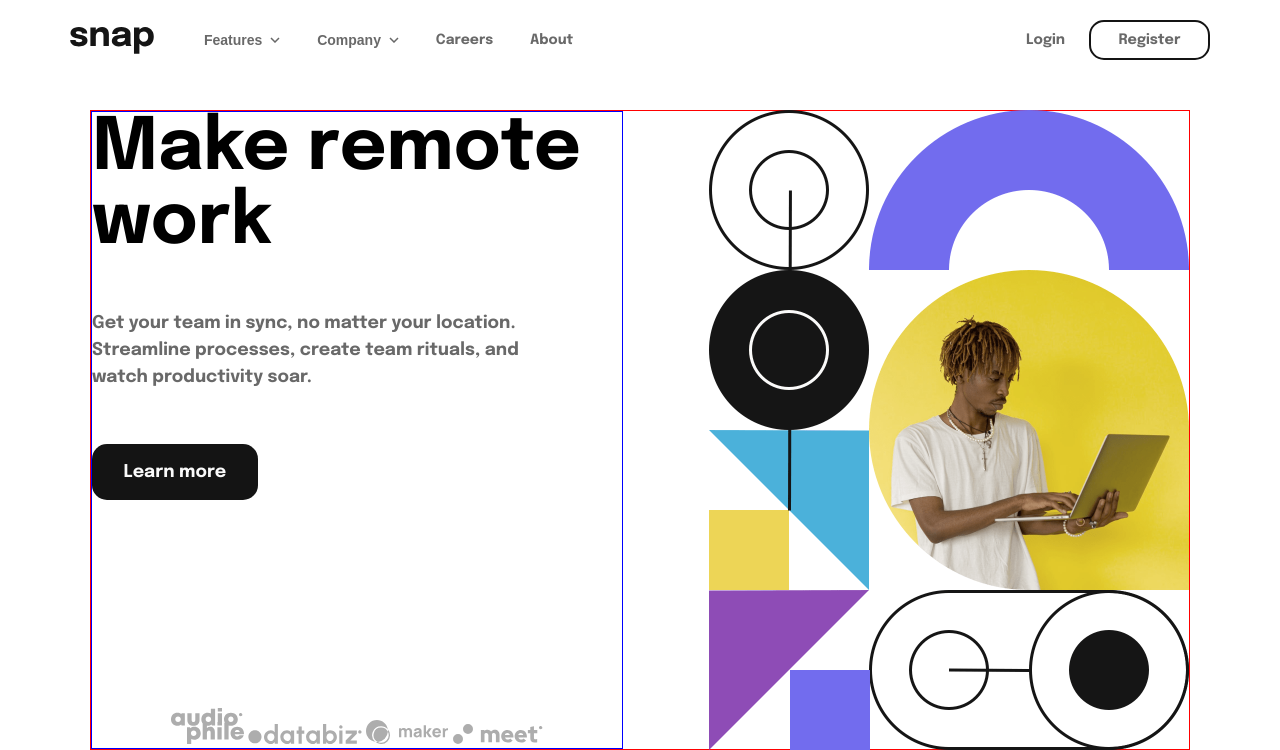
Repository: KamoliddinGIT/intro-section-with-dropdown
Page: index.html
The author's editor kept a copy of each file at every save. The page is drawn from the files as they stood at one save, then again after the next save.
The browser window is 1280 px wide. The pictures show the whole page.

Above is the page before, as saved 2023-09-24 17:58:24.

### index.html
<!DOCTYPE html>
<html lang="en">
  <head>
    <meta charset="UTF-8" />
    <meta name="viewport" content="width=device-width, initial-scale=1.0" />
    <link
      rel="icon"
      type="image/png"
      sizes="32x32"
      href="./images/favicon-32x32.png"
    />
    <link
      href="https://fonts.googleapis.com/css2?family=Epilogue:wght@500;700&display=swap"
      rel="stylesheet"
    />
    <link rel="stylesheet" href="./css/style.css" />
    <title>Intro section with dropdown navigation</title>
  </head>
  <body>
    <div class="container">
      <div class="header">
        <img src="./images/logo.svg" alt="logo" class="logo" />
        <div class="nav-items">
          <ul class="nav">
            <li>
              <button class="features">
                Features
                <img
                  src="./images/icon-arrow-down.svg"
                  alt="arrow"
                  class="arrow-1"
                />
              </button>
              <ul class="toggle__1" style="display: none">
                <li>
                  <img src="./images/icon-todo.svg" alt="icon" /> Todo List
                </li>
                <li>
                  <img src="./images/icon-calendar.svg" alt="icon" /> Calendar
                </li>
                <li>
                  <img src="./images/icon-reminders.svg" alt="icon" /> Reminders
                </li>
                <li>
                  <img src="./images/icon-planning.svg" alt="icon" /> Planning
                </li>
              </ul>
            </li>
            <li>
              <button class="company">
                Company
                <img
                  src="./images/icon-arrow-down.svg"
                  alt="arrow"
                  class="arrow-2"
                />
              </button>
              <ul class="toggle__2" style="display: none">
                <li>History</li>
                <li>Our Team</li>
                <li>Blog</li>
              </ul>
            </li>
            <li>Careers</li>
            <li>About</li>
          </ul>
          <div class="sign__options">
            <a href="#" class="login">Login</a>
            <a href="#" class="register">Register</a>
          </div>
        </div>
        <div class="hamburgers" onclick="burger()">
          <div class="burger__1" id="b1"></div>
          <div class="burger__1" id="b2"></div>
          <div class="burger__1" id="b3"></div>
        </div>
        <nav class="nav-menu">
          <ul id="nav">
            <li>
              <button class="features" id="features">
                Features
                <img
                  src="./images/icon-arrow-down.svg"
                  alt="arrow"
                  class="arrow-1"
                  id="arrow-1"
                />
              </button>
              <ul class="toggle__1" id="toggle__1" style="display: none">
                <li>
                  <img src="./images/icon-todo.svg" alt="icon" /> Todo List
                </li>
                <li>
                  <img src="./images/icon-calendar.svg" alt="icon" /> Calendar
                </li>
                <li>
                  <img src="./images/icon-reminders.svg" alt="icon" /> Reminders
                </li>
                <li>
                  <img src="./images/icon-planning.svg" alt="icon" /> Planning
                </li>
              </ul>
            </li>
            <li>
              <button class="company" id="company">
                Company
                <img
                  src="./images/icon-arrow-down.svg"
                  alt="arrow"
                  class="arrow-2"
                  id="arrow-2"
                />
              </button>
              <ul class="toggle__2" id="toggle__2" style="display: none">
                <li>History</li>
                <li>Our Team</li>
                <li>Blog</li>
              </ul>
            </li>
            <li>Careers</li>
            <li>About</li>
          </ul>
          <div id="sign__options">
            <a href="#" class="login">Login</a>
            <a href="#" class="register">Register</a>
          </div>
        </nav>
      </div>
      <section class="main">
        <div class="main-info">
          <div class="main__text">
            <h1>Make remote work</h1>
            <p>
              Get your team in sync, no matter your location. Streamline
              processes, create team rituals, and watch productivity soar.
            </p>
            <a href="#">Learn more</a>
          </div>
          <div class="main__imgs">
            <img src="./images/client-audiophile.svg" alt="audiophile" />
            <img src="./images/client-databiz.svg" alt="client" />
            <img src="./images/client-maker.svg" alt="maker" />
            <img src="./images/client-meet.svg" alt="meet" />
          </div>
        </div>
        <img
          src="./images/image-hero-desktop.png"
          alt="hero-desktop"
          class="main-img"
        />
      </section>
    </div>

    <script src="./js/index.js"></script>
    <script src="./js/main.js"></script>
  </body>
</html>

### css/style.css
* {
  margin: 0;
  padding: 0;
  box-sizing: border-box;
}

body {
  width: 100%;
  height: 100vh;
  display: flex;
  justify-content: center;
  align-items: center;
  padding: 0 50px;
  font-family: "Epilogue", sans-serif;
}

.container {
  display: flex;
  flex-direction: column;
  align-items: center;
  width: 100%;
  height: 100%;
  gap: 30px;
}

.header {
  position: relative;
  width: 100%;
  padding: 20px;
  display: flex;
  align-items: center;
  gap: 50px;
  font-size: 1.6rem;
  color: #696969;
}

.nav {
  display: flex;
  width: 377px;
  height: 21px;
  align-items: center;
  gap: 2.3rem;
  list-style-type: none;
}

#nav {
  display: flex;
  align-items: start;
  flex-direction: column;
  margin-top: 48px;
  width: 100%;
  height: 132px;
  gap: 1rem;
  list-style-type: none;
}

.features,
.company {
  display: flex;
  flex-direction: row;
  gap: 0.5rem;
  font-weight: 700;
  color: hsl(0, 0%, 41%);
  text-decoration: none;
  align-items: center;
  font-size: 14px;
  transition: all ease-in-out 0.3s;
  cursor: pointer;
  background-color: transparent;
  border: none;
}

.toggle__1 {
  position: absolute;
  top: 4rem;
  width: 133px;
  height: 148px;
  display: flex;
  flex-direction: column;
  align-items: start;
  gap: 1rem;
  border-radius: 10px;
  background-color: #fff;
  padding: 1rem;
  box-shadow: -2px 10px 24px -11px rgba(0, 0, 0, 0.62);
  -webkit-box-shadow: -2px 10px 24px -11px rgba(0, 0, 0, 0.62);
  -moz-box-shadow: -2px 10px 24px -11px rgba(0, 0, 0, 0.62);
  z-index: 1;
}

.toggle__1 li {
  display: flex;
  gap: 1rem;
  align-items: center;
}

#features,
#company {
  display: flex;
  flex-direction: row;
  gap: 0.5rem;
  font-weight: 700;
  color: hsl(0, 0%, 41%);
  text-decoration: none;
  align-items: center;
  font-size: 14px;
  transition: all ease-in-out 0.3s;
  cursor: pointer;
  background-color: transparent;
  border: none;
}

#toggle__1 {
  position: absolute;
  top: 5.5rem;
  width: 133px;
  height: 148px;
  display: flex;
  flex-direction: column;
  align-items: start;
  gap: 1rem;
  border-radius: 10px;
  background-color: #fff;
  padding: 1rem;
  box-shadow: -2px 10px 24px -11px rgba(0, 0, 0, 0.62);
  -webkit-box-shadow: -2px 10px 24px -11px rgba(0, 0, 0, 0.62);
  -moz-box-shadow: -2px 10px 24px -11px rgba(0, 0, 0, 0.62);
  z-index: 1;
}

#toggle__1 li {
  display: flex;
  gap: 1rem;
  align-items: center;
}

li {
  display: flex;
  flex-direction: row;
  gap: 0.5rem;
  font-weight: 700;
  color: hsl(0, 0%, 41%);
  text-decoration: none;
  align-items: center;
  font-size: 14px;
  transition: all ease-in-out 0.3s;
  cursor: pointer;
  background-color: transparent;
  border: none;
}

.nav-items {
  width: 1210px;
  height: 40px;
  display: flex;
  align-items: center;
  justify-content: space-between;
}

.sign__options {
  width: 184px;
  height: 40px;
  display: flex;
  justify-content: space-between;
  align-items: center;
}

.login {
  background-color: transparent;
  border: none;
  color: hsl(0, 0%, 41%);
  font-size: 0.9rem;
  font-weight: 700;
  cursor: pointer;
  transition: all ease-in-out 0.3s;
  text-decoration: none;
}

.login:hover {
  color: black;
}

.register {
  display: flex;
  justify-content: center;
  align-items: center;
  width: 121px;
  height: 40px;
  border: 2px solid hsl(0, 0%, 8%);
  transition: all ease-in-out 0.3s;
  background-color: transparent;
  color: hsl(0, 0%, 41%);
  text-decoration: none;
  padding: 0.5rem 1.35rem;
  border-radius: 15px;
  font-size: 0.9rem;
  font-weight: 700;
  cursor: pointer;
}

.register:hover {
  border-color: hsl(0, 0%, 41%);
  color: hsl(0, 0%, 41%);
}

.features:hover {
  color: black;
}

.company:hover {
  color: black;
}

.toggle__1 li:hover {
  cursor: pointer;
  color: black;
}

.toggle__2 li:hover {
  cursor: pointer;
  color: black;
}

ul li:hover {
  color: black;
}

.toggle__2 {
  width: 100px;
  height: 121px;
  display: flex;
  flex-direction: column;
  justify-content: center;
  align-items: start;
  gap: 1rem;
  border-radius: 10px;
  position: absolute;
  background-color: white;
  padding: 1rem;
  top: 4rem;
  box-shadow: -2px 10px 24px -11px rgba(0, 0, 0, 0.62);
  -webkit-box-shadow: -2px 10px 24px -11px rgba(0, 0, 0, 0.62);
  -moz-box-shadow: -2px 10px 24px -11px rgba(0, 0, 0, 0.62);
  z-index: 1;
}

#toggle__2 {
  width: 100px;
  height: 121px;
  display: flex;
  flex-direction: column;
  justify-content: center;
  align-items: start;
  gap: 1rem;
  border-radius: 10px;
  position: absolute;
  background-color: white;
  padding: 1rem;
  top: 7rem;
  box-shadow: -2px 10px 24px -11px rgba(0, 0, 0, 0.62);
  -webkit-box-shadow: -2px 10px 24px -11px rgba(0, 0, 0, 0.62);
  -moz-box-shadow: -2px 10px 24px -11px rgba(0, 0, 0, 0.62);
  z-index: 1;
}

.hamburgers {
  position: absolute;
  top: -25px;
  right: -5px;
  display: none;
  flex-direction: column;
  justify-content: center;
  align-items: center;
  width: 50px;
  height: 50px;
  margin-right: 50px;
  margin-top: 29px;
  z-index: 9999;
}
.hamburgers:hover {
  cursor: pointer;
}
.burger__1:nth-child(1) {
  width: 40px;
  height: 4px;
  border: 1px solid #000;
  border-radius: 20px;
  margin-top: 5px;
  background-color: #000;
}
.burger__1:nth-child(3) {
  width: 40px;
  height: 4px;
  border: 1px solid #000;
  border-radius: 20px;
  margin-top: 5px;
  background-color: #000;
}

#b2 {
  width: 40px;
  height: 4px;
  border: 1px solid #000;
  border-radius: 20px;
  margin-top: 5px;
  background-color: #000;
}

.nav-menu {
  display: none;
  flex-direction: column;
  align-items: start;
  justify-content: start;
  max-width: 633px;
  width: 100%;
  height: 598px;
  position: fixed;
  padding: 1rem;
  background-color: white;
  height: 100%;
  right: 0;
  top: 0;
  gap: 2rem;
}

.sign__options {
  width: 184px;
  height: 78px;
  display: flex;
  justify-content: space-between;
  text-align: center;
  align-items: center;
}

#sign__options {
  width: 161px;
  height: 78px;
  margin: 0 auto;
  display: flex;
  flex-direction: column;
  justify-content: space-around;
  text-align: center;
  align-items: center;
}

/* -------------------main-starts----------------- */

.main {
  width: 1100px;
  height: 640px;
  border: 1px solid red;
  display: flex;
  align-items: center;
  justify-content: space-between;
}

.main-info {
  display: flex;
  flex-direction: column;
  align-items: center;
  justify-content: space-between;
  width: 532px;
  height: 100%;
  border: 1px solid blue;
}

.main__text {
  width: 100%;
  height: 400px;
  display: flex;
  flex-direction: column;
  align-items: start;
  gap: 3.1rem;
}

.main-img {
  width: 480px;
  height: 640px;
}

.main__text p {
  color: hsl(0, 0%, 41%);
  font-size: 1.1rem;
  font-weight: 700;
  line-height: 1.7rem;
  width: 90%;
}

.main__text a {
  display: flex;
  justify-content: center;
  align-items: center;
  border-radius: 15px;
  border: 1px solid transparent;
  background-color: hsl(0, 0%, 8%);
  padding: 0.9rem 1.9rem;
  color: rgba(250, 250, 250, 255);
  text-decoration: none;
  font-size: 1.1rem;
  font-weight: 600;
  margin-top: 3.5px;
  transition: all ease-in-out 0.3s;
  height: 56px;
}

.main__text h1 {
  font-size: 72px;
  font-weight: bold;
}

/* -------------------main-ends------------------- */

/* ------------media-starts-------------- */

@media only screen and (max-width: 1100px) {
  .nav-items {
    display: none;
  }
  .hamburgers {
    display: flex;
  }
}

@media only screen and (min-width: 1100px) {
  .nav-menu {
    display: none;
  }
}

/* --------------media-ends------------ */

### js/index.js
"use strict";

let features = document.querySelector(".features"),
  arrow1 = document.querySelector(".arrow-1"),
  toggle1 = document.querySelector(".toggle__1");

let onOff = false;

features.addEventListener("click", () => {
  if (onOff === false) {
    arrow1.src = "../images/icon-arrow-up.svg";
    toggle1.style.cssText = "display: flex";
    toggle2.style.cssText = "display: none";
    onOff = true;
  } else {
    arrow1.src = "../images/icon-arrow-down.svg";
    toggle1.style.cssText = "display: none";
    onOff = false;
  }
});

let company = document.querySelector(".company"),
  arrow2 = document.querySelector(".arrow-2"),
  toggle2 = document.querySelector(".toggle__2");

let onOff2 = false;

company.addEventListener("click", () => {
  if (onOff2 === false) {
    arrow2.src = "../images/icon-arrow-up.svg";
    toggle2.style.cssText = "display: flex";
    toggle1.style.cssText = "display: none";

    onOff2 = true;
  } else {
    arrow2.src = "../images/icon-arrow-down.svg";
    toggle2.style.cssText = "display: none";
    onOff2 = false;
  }
});

// hamburger //
let nav_menu = document.querySelector(".nav-menu");
let over1 = document.querySelector("#over1");
let over2 = document.querySelector("#over2");
let over3 = document.querySelector("#over3");
let over4 = document.querySelector("#over4");

let a1 = document.querySelector(".a1");
let a2 = document.querySelector(".a2");
let a3 = document.querySelector(".a3");
let a4 = document.querySelector(".a4");
let b1 = document.querySelector("#b1");
let b2 = document.querySelector("#b2");
let b3 = document.querySelector("#b3");
let body = document.body;

let Click = true;
function burger() {
  if (Click) {
    nav_menu.style.cssText = "display: flex;";
    body.style.cssText =
      "background-color: rgba(6, 6, 6, 0.15);  backdrop-filter: blur(3px);";
    b1.style.cssText =
      " transform: rotate(45deg); width: 40px;  position: absolute;";
    b3.style.cssText =
      " transform: rotate(-45deg); width: 40px;  position: absolute;";
    b2.style.cssText =
      "margin-right: border-color: white; background-color: white; border: none;";
    Click = false;
  } else {
    nav_menu.style.cssText = "display: none;";
    body.style.cssText = "background-color: white;  backdrop-filter: blur(0);";
    b1.style.cssText = " transform: rotate(0deg); width: 40px;";
    b3.style.cssText = " transform: rotate(0deg); width: 40px;";
    b2.style.cssText = "background-color: black";
    Click = true;
  }
}

### js/main.js
"use strict";

let features1 = document.querySelector("#features"),
  arrow_1 = document.querySelector("#arrow-1"),
  toggle_1 = document.querySelector("#toggle__1");

let onOff1 = false;

features1.addEventListener("click", () => {
  if (onOff1 === false) {
    arrow_1.src = "../images/icon-arrow-up.svg";
    toggle_1.style.cssText = "display: flex";
    toggle_2.style.cssText = "display: none";
    onOff1 = true;
  } else {
    arrow_1.src = "../images/icon-arrow-down.svg";
    toggle_1.style.cssText = "display: none";
    onOff1 = false;
  }
});

let company_1 = document.querySelector("#company"),
  arrow_2 = document.querySelector("#arrow-2"),
  toggle_2 = document.querySelector("#toggle__2");

let onOff_2 = false;

company_1.addEventListener("click", () => {
  if (onOff_2 === false) {
    arrow_2.src = "../images/icon-arrow-up.svg";
    toggle_2.style.cssText = "display: flex";
    toggle_1.style.cssText = "display: none";

    onOff_2 = true;
  } else {
    arrow_2.src = "../images/icon-arrow-down.svg";
    toggle_2.style.cssText = "display: none";
    onOff_2 = false;
  }
});

After the next save:
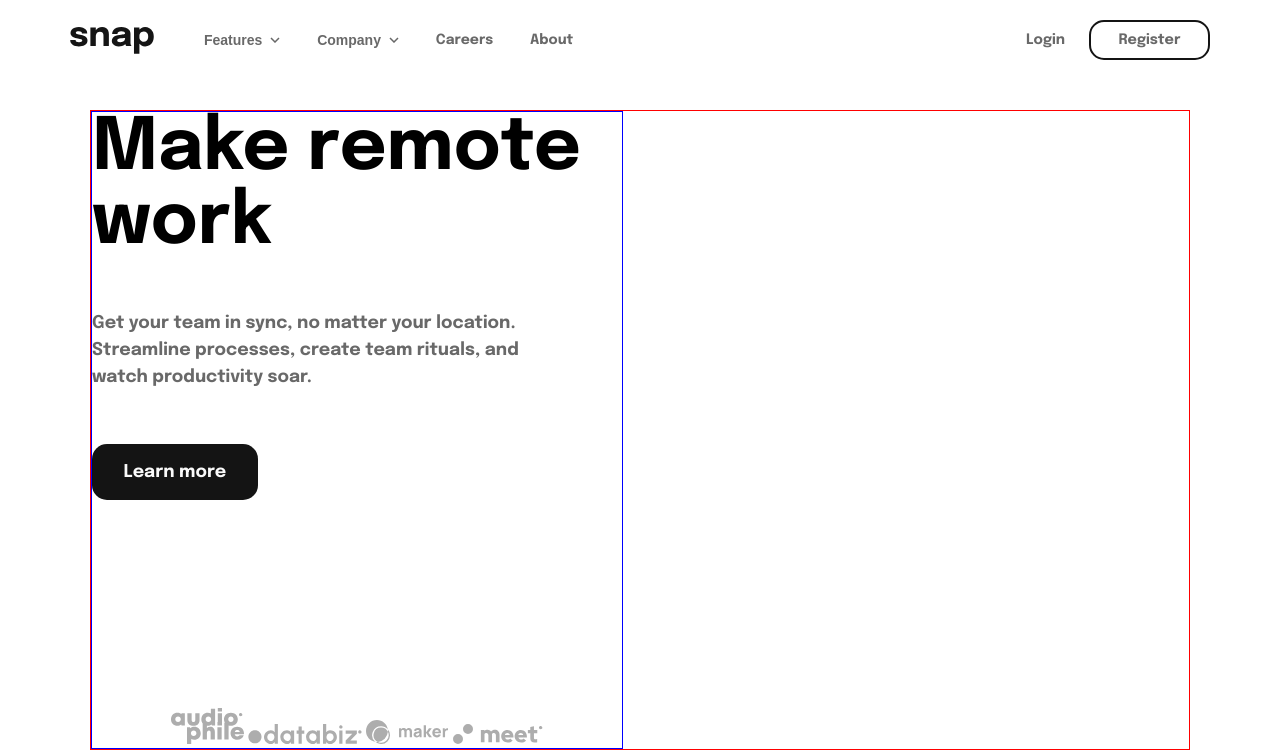
Saved 83 min 14 s later.
--- a/index.html
+++ b/index.html
@@ -143,11 +143,7 @@
             <img src="./images/client-meet.svg" alt="meet" />
           </div>
         </div>
-        <img
-          src="./images/image-hero-desktop.png"
-          alt="hero-desktop"
-          class="main-img"
-        />
+        <div class="main-img"></div>
       </section>
     </div>
 
